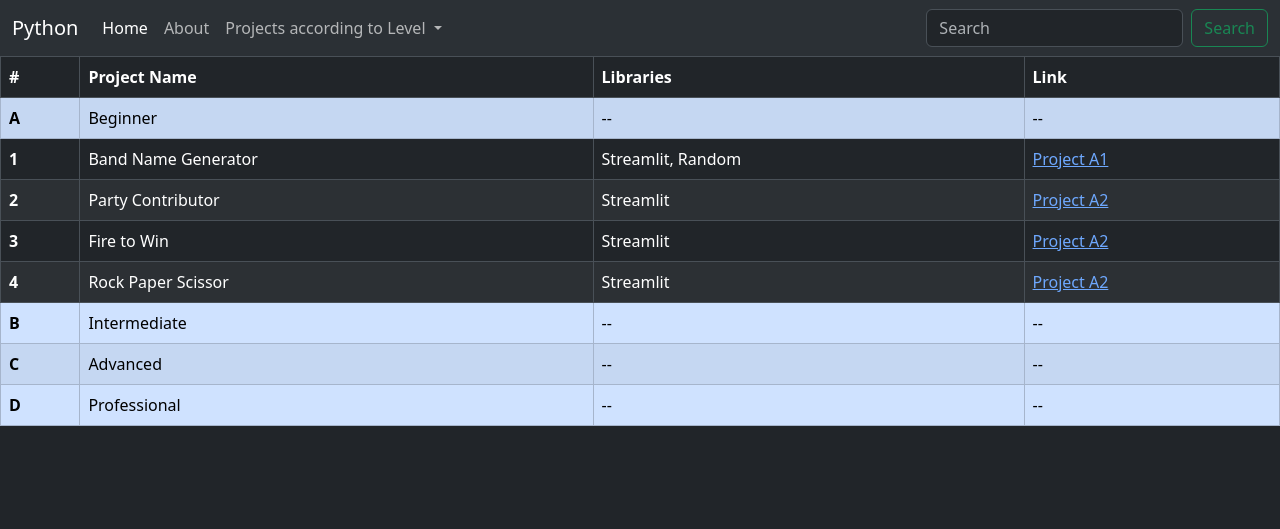
Repository: VictoriousMango/100-Python-Project
Page: index.html
An editor plug-in stored every save of this project. The page is shown before and after the next save, followed by the edit.
The browser window is 1280 px wide. The pictures show the whole page.

Above is the page before, as saved 2024-06-06 16:52:59.

### index.html
<!doctype html>
<html lang="en">
  <head>
    <!-- Required meta tags -->
    <meta charset="utf-8">
    <meta name="viewport" content="width=device-width, initial-scale=1, shrink-to-fit=no">

    <title>100 Python Project</title>
    <!-- Bootstrap CSS -->
    <link href="https://cdn.jsdelivr.net/npm/bootstrap@5.3.3/dist/css/bootstrap.min.css" rel="stylesheet" integrity="sha384-QWTKZyjpPEjISv5WaRU9OFeRpok6YctnYmDr5pNlyT2bRjXh0JMhjY6hW+ALEwIH" crossorigin="anonymous">    </head>

  </head>
  <body  data-bs-theme="dark">
    <nav class="navbar navbar-expand-lg bg-body-tertiary">
      <div class="container-fluid">
        <a href="#" class="navbar-brand" role="button" onclick="Toggling()">Python</a>
        <button class="navbar-toggler" type="button" data-bs-toggle="collapse" data-bs-target="#navbarSupportedContent" aria-controls="navbarSupportedContent" aria-expanded="false" aria-label="Toggle navigation">
          <span class="navbar-toggler-icon"></span>
        </button>
        <div class="collapse navbar-collapse" id="navbarSupportedContent">
          <ul class="navbar-nav me-auto mb-2 mb-lg-0">
            <li class="nav-item">
              <a class="nav-link active" aria-current="page" href="#">Home</a>
            </li>
            <li class="nav-item">
              <a class="nav-link" href="#">About</a>
            </li>
            <li class="nav-item dropdown">
              <a class="nav-link dropdown-toggle" href="#" role="button" data-bs-toggle="dropdown" aria-expanded="true ">
                Projects according to Level
              </a>
              <ul class="dropdown-menu">
                <li><a class="dropdown-item" href="#Beginner">Beginner</a></li>
                <li><a class="dropdown-item" href="#Intermediate">Intermediate</a></li>
                <li><a class="dropdown-item" href="#Advanced">Advanced</a></li>
                <li><a class="dropdown-item" href="#Professional">Professional</a></li>
              </ul>
            </li>
          </ul>
        </div>
          <form class="d-flex" role="search">
            <input class="form-control me-2" type="search" placeholder="Search" aria-label="Search">
            <button class="btn btn-outline-success" type="submit">Search</button>
          </form>
      </div>
    </nav>


    <!-- Tabular Entry Start -->
    <table class="table table-bordered table-striped table table-hover">
      <thead>
        <tr>
          <th scope="col">#</th>
          <th scope="col">Project Name</th>
          <th scope="col">Libraries</th>
          <th scope="col">Link</th>
        </tr>
      </thead>
      <tbody>
        <!-- Beginner Projects -->
        <div class="Beginner" id="Beginner">
          <tr class="table-primary">
            <th scope="row">A</th>
            <td>Beginner</td>
            <td> -- </td>
            <td> -- </td>
          </tr>
          <tr>
            <th scope="row">1</th>
            <td>Band Name Generator</td>
            <td> Streamlit, Random </td>
            <td>
              <a href="https://100-python-projectg-rawnndldtq3zp8qrhnm8qe.streamlit.app/Band_Name_Generator"  target="_blank">Project A1</a>
            </td>
          </tr>
          <tr>
            <th scope="row">2</th>
            <td>Party Contributor</td>
            <td> Streamlit </td>
            <td>
              <a href="https://100-python-projectg-rawnndldtq3zp8qrhnm8qe.streamlit.app/Party_Contributor"  target="_blank">Project A2</a>
            </td>
          </tr>
          <tr>
            <th scope="row">3</th>
            <td>Fire to Win</td>
            <td> Streamlit </td>
            <td>
              <a href="https://100-python-projectg-rawnndldtq3zp8qrhnm8qe.streamlit.app/Party_Contributor"  target="_blank">Project A2</a>
            </td>
          </tr>
          <tr>
            <th scope="row">4</th>
            <td>Rock Paper Scissor</td>
            <td> Streamlit </td>
            <td>
              <a href="https://100-python-projectg-rawnndldtq3zp8qrhnm8qe.streamlit.app/Party_Contributor"  target="_blank">Project A2</a>
            </td>
          </tr>
        </div>

        <!-- Intermediate Project Links -->
        <div class="Intermediate" id="Intermediate">
          <tr class="table-primary">
            <th scope="row">B</th>
            <td>Intermediate</td>
            <td> -- </td>
            <td> -- </td>
          </tr>
        </div>

        <!-- Advanced Project Links -->
        <div class="Advanced" id="Advanced">
          <tr class="table-primary">
            <th scope="row">C</th>
            <td>Advanced</td>
            <td> -- </td>
            <td> -- </td>
          </tr>
        </div>

        <!-- Professional Links -->
        <div class="Professional" id="Professional">
          <tr class="table-primary">
            <th scope="row">D</th>
            <td>Professional</td>
            <td> -- </td>
            <td> -- </td>
          </tr>
        </div>

      </tbody>
    </table>
    <!-- Tabular Entry End -->
    <!-- Including JS -->
    <script src="https://cdn.jsdelivr.net/npm/bootstrap@5.3.3/dist/js/bootstrap.bundle.min.js" integrity="sha384-YvpcrYf0tY3lHB60NNkmXc5s9fDVZLESaAA55NDzOxhy9GkcIdslK1eN7N6jIeHz" crossorigin="anonymous"></script>
    <!-- JS for the web page -->
    <script>
      function Toggling() {
          console.log("Clicked the toggle button")
          console.log()
          var element = document.body;
          element.dataset.bsTheme = element.dataset.bsTheme=="light"?"dark":"light"
      }
  </script>
  </body>
</html>

After the next save:
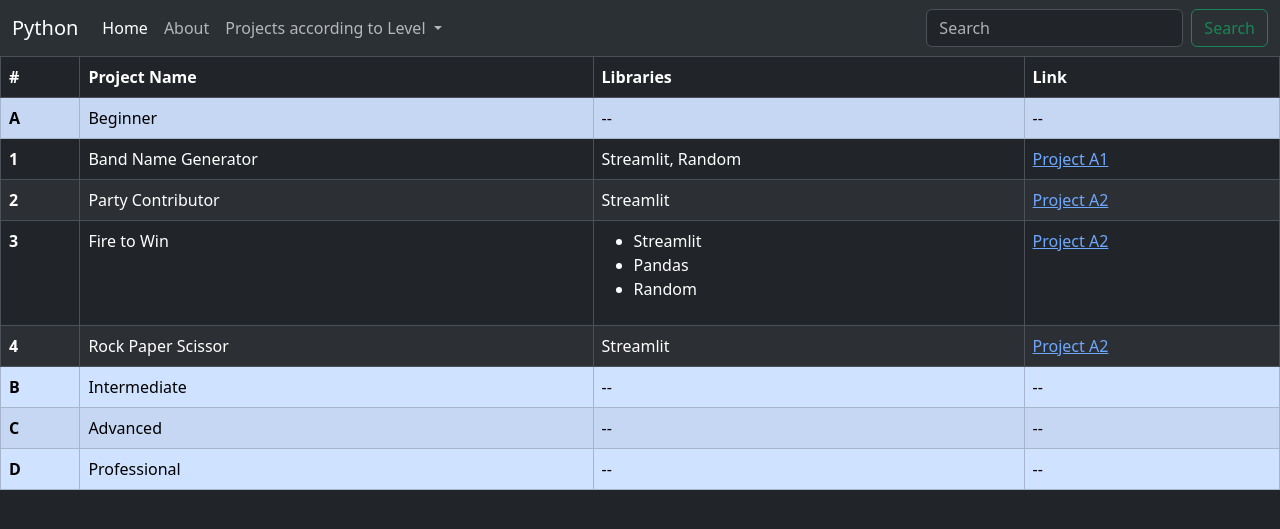
Saved 29 s later.
--- a/index.html
+++ b/index.html
@@ -84,7 +84,11 @@
           <tr>
             <th scope="row">3</th>
             <td>Fire to Win</td>
-            <td> Streamlit </td>
+            <td><ul>
+              <li>Streamlit</li>
+              <li>Pandas</li>
+              <li>Random</li>
+            </ul></td>
             <td>
               <a href="https://100-python-projectg-rawnndldtq3zp8qrhnm8qe.streamlit.app/Party_Contributor"  target="_blank">Project A2</a>
             </td>
